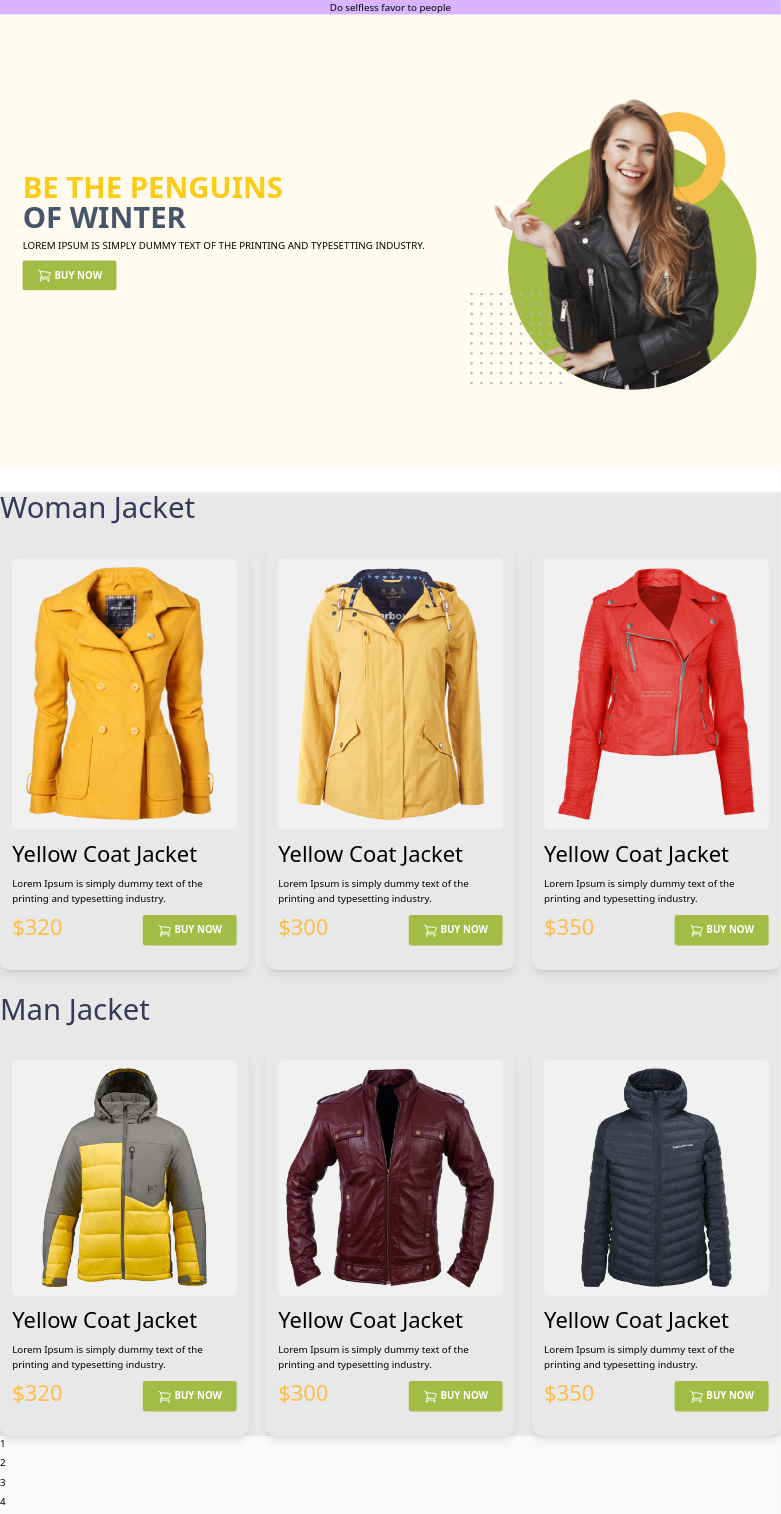
Repository: zjria/penguin-e-commerce-fashion
Page: index.html
An editor plug-in stored every save of this project. The page is shown before and after the next save, followed by the edit.
The browser window is 1280 px wide. The pictures show the whole page, at 61% of full size.
Some web libraries are served in a nearby version.

Above is the page before, as saved 2022-10-07 09:25:57.

### index.html
<!DOCTYPE html>
<html lang="en">

<head>
    <meta charset="UTF-8">
    <meta http-equiv="X-UA-Compatible" content="IE=edge">
    <meta name="viewport" content="width=device-width, initial-scale=1.0">
    <title>Penguin E-commerce</title>
    <!-- Google Fonts Link -->
    <link rel="preconnect" href="https://fonts.googleapis.com">
    <link rel="preconnect" href="https://fonts.gstatic.com" crossorigin>
    <link href="https://fonts.googleapis.com/css2?family=Bebas+Neue&family=Roboto:wght@100;300;400;500&display=swap"
        rel="stylesheet">

    <!-- Tailwind CSS CDN link -->
    <script src="https://cdn.tailwindcss.com"></script>
    <script>
        tailwind.config = {
            theme: {
                extend: {
                    colors: {
                        clifford: '#da373d',
                        header_bg: '#FFFBF0',
                        main_text_color: '#363958',
                        price_color: '#FABE4C',
                        card_bg: '#F1F1F1',
                        full_card_bg: '#FFFFFF',
                        main_color: '#E8E8E8'
                    }
                }
            }
        }
    </script>
</head>

<body>
    <h2 class="bg-purple-300 text-center font-header_text">Do selfless favor to people</h2>


    <!-- Header Section -->
    <header class="bg-header_bg pb-32 pt-24">
        <section class="container mx-auto uppercase sm:flex items-center justify-around">
            <div class="space-y-3">
                <h1 class="text-2xl sm:text-5xl font-bold font-header_text">
                    <span class="text-yellow-400">Be the Penguins</span> <br>
                    <span class="text-slate-600">of Winter</span>
                </h1>
                <p class="font-anther_text">Lorem Ipsum is simply dummy text of the printing
                    and typesetting industry.</p>
                <button class="uppercase bg-[#A4BC46] py-3 px-6 text-white font-semibold rounded font-anther_text"> <svg
                        xmlns="http://www.w3.org/2000/svg" fill="none" viewBox="0 0 24 24" stroke-width="1.5"
                        stroke="currentColor" class="w-6 h-6 inline text-white">
                        <path stroke-linecap="round" stroke-linejoin="round"
                            d="M2.25 3h1.386c.51 0 .955.343 1.087.835l.383 1.437M7.5 14.25a3 3 0 00-3 3h15.75m-12.75-3h11.218c1.121-2.3 2.1-4.684 2.924-7.138a60.114 60.114 0 00-16.536-1.84M7.5 14.25L5.106 5.272M6 20.25a.75.75 0 11-1.5 0 .75.75 0 011.5 0zm12.75 0a.75.75 0 11-1.5 0 .75.75 0 011.5 0z" />
                    </svg>
                    Buy Now</button>
            </div>
            <div class="pt-8 sm:pt-8">
                <img class=" w-1/2 sm:w-full" src="images/model.png" alt="">
            </div>
        </section>
    </header>

    <!-- Main Section Start -->
    <main class="bg-main_color">
        <!-- Woman Jacket -->
        <section class="container mx-auto">
            <h2 class="text-5xl my-10 text-main_text_color font-header_text">Woman Jacket</h2>
            <div class="grid md:grid-cols-2 lg:grid-cols-3 gap-7">
                <div class="full_card_bg ">
                    <div class="rounded-2xl shadow-lg p-5">
                        <div class="p-3 bg-card_bg rounded-lg">
                            <img src="images/jacket-1.png" alt="">
                        </div>
                        <div class="py-3">
                            <h3 class="text-4xl py-2">Yellow Coat Jacket</h3>
                            <p class="py-2">Lorem Ipsum is simply dummy text of the
                                printing and typesetting industry.</p>
                            <div class="flex justify-between py-2">
                                <h3 class="text-4xl text-price_color">$320</h3>
                                <button
                                    class="uppercase bg-[#A4BC46] py-3 px-6 text-white font-semibold rounded font-anther_text">
                                    <svg xmlns="http://www.w3.org/2000/svg" fill="none" viewBox="0 0 24 24"
                                        stroke-width="1.5" stroke="currentColor" class="w-6 h-6 inline text-white">
                                        <path stroke-linecap="round" stroke-linejoin="round"
                                            d="M2.25 3h1.386c.51 0 .955.343 1.087.835l.383 1.437M7.5 14.25a3 3 0 00-3 3h15.75m-12.75-3h11.218c1.121-2.3 2.1-4.684 2.924-7.138a60.114 60.114 0 00-16.536-1.84M7.5 14.25L5.106 5.272M6 20.25a.75.75 0 11-1.5 0 .75.75 0 011.5 0zm12.75 0a.75.75 0 11-1.5 0 .75.75 0 011.5 0z" />
                                    </svg>
                                    Buy Now</button>
                            </div>
                        </div>
                    </div>
                </div>
                <div class="full_card_bg ">
                    <div class="rounded-2xl shadow-lg p-5">
                        <div class="p-3 bg-card_bg rounded-lg">
                            <img src="images/jacket-2.png" alt="">
                        </div>
                        <div class="py-3">
                            <h3 class="text-4xl py-2">Yellow Coat Jacket</h3>
                            <p class="py-2">Lorem Ipsum is simply dummy text of the
                                printing and typesetting industry.</p>
                            <div class="flex justify-between py-2">
                                <h3 class="text-4xl text-price_color">$300</h3>
                                <button
                                    class="uppercase bg-[#A4BC46] py-3 px-6 text-white font-semibold rounded font-anther_text">
                                    <svg xmlns="http://www.w3.org/2000/svg" fill="none" viewBox="0 0 24 24"
                                        stroke-width="1.5" stroke="currentColor" class="w-6 h-6 inline text-white">
                                        <path stroke-linecap="round" stroke-linejoin="round"
                                            d="M2.25 3h1.386c.51 0 .955.343 1.087.835l.383 1.437M7.5 14.25a3 3 0 00-3 3h15.75m-12.75-3h11.218c1.121-2.3 2.1-4.684 2.924-7.138a60.114 60.114 0 00-16.536-1.84M7.5 14.25L5.106 5.272M6 20.25a.75.75 0 11-1.5 0 .75.75 0 011.5 0zm12.75 0a.75.75 0 11-1.5 0 .75.75 0 011.5 0z" />
                                    </svg>
                                    Buy Now</button>
                            </div>
                        </div>
                    </div>
                </div>
                <div class="full_card_bg ">
                    <div class="rounded-2xl shadow-lg p-5">
                        <div class="p-3 bg-card_bg rounded-lg">
                            <img src="images/jacket-3.png" alt="">
                        </div>
                        <div class="py-3">
                            <h3 class="text-4xl py-2">Yellow Coat Jacket</h3>
                            <p class="py-2">Lorem Ipsum is simply dummy text of the
                                printing and typesetting industry.</p>
                            <div class="flex justify-between py-2">
                                <h3 class="text-4xl text-price_color">$350</h3>
                                <button
                                    class="uppercase bg-[#A4BC46] py-3 px-6 text-white font-semibold rounded font-anther_text">
                                    <svg xmlns="http://www.w3.org/2000/svg" fill="none" viewBox="0 0 24 24"
                                        stroke-width="1.5" stroke="currentColor" class="w-6 h-6 inline text-white">
                                        <path stroke-linecap="round" stroke-linejoin="round"
                                            d="M2.25 3h1.386c.51 0 .955.343 1.087.835l.383 1.437M7.5 14.25a3 3 0 00-3 3h15.75m-12.75-3h11.218c1.121-2.3 2.1-4.684 2.924-7.138a60.114 60.114 0 00-16.536-1.84M7.5 14.25L5.106 5.272M6 20.25a.75.75 0 11-1.5 0 .75.75 0 011.5 0zm12.75 0a.75.75 0 11-1.5 0 .75.75 0 011.5 0z" />
                                    </svg>
                                    Buy Now</button>
                            </div>
                        </div>
                    </div>
                </div>


            </div>

        </section>

        <!-- Man Jacket -->
        <section class="container mx-auto">
            <h2 class="text-5xl my-10 text-main_text_color font-header_text">Man Jacket</h2>
            <div class="grid md:grid-cols-2 lg:grid-cols-3 gap-7">
                <div class="full_card_bg ">
                    <div class="rounded-2xl shadow-lg p-5">
                        <div class="p-3 bg-card_bg rounded-lg">
                            <img src="images/jacket-4.png" alt="">
                        </div>
                        <div class="py-3">
                            <h3 class="text-4xl py-2">Yellow Coat Jacket</h3>
                            <p class="py-2">Lorem Ipsum is simply dummy text of the
                                printing and typesetting industry.</p>
                            <div class="flex justify-between py-2">
                                <h3 class="text-4xl text-price_color">$320</h3>
                                <button
                                    class="uppercase bg-[#A4BC46] py-3 px-6 text-white font-semibold rounded font-anther_text">
                                    <svg xmlns="http://www.w3.org/2000/svg" fill="none" viewBox="0 0 24 24"
                                        stroke-width="1.5" stroke="currentColor" class="w-6 h-6 inline text-white">
                                        <path stroke-linecap="round" stroke-linejoin="round"
                                            d="M2.25 3h1.386c.51 0 .955.343 1.087.835l.383 1.437M7.5 14.25a3 3 0 00-3 3h15.75m-12.75-3h11.218c1.121-2.3 2.1-4.684 2.924-7.138a60.114 60.114 0 00-16.536-1.84M7.5 14.25L5.106 5.272M6 20.25a.75.75 0 11-1.5 0 .75.75 0 011.5 0zm12.75 0a.75.75 0 11-1.5 0 .75.75 0 011.5 0z" />
                                    </svg>
                                    Buy Now</button>
                            </div>
                        </div>
                    </div>
                </div>
                <div class="full_card_bg ">
                    <div class="rounded-2xl shadow-lg p-5">
                        <div class="p-3 bg-card_bg rounded-lg">
                            <img src="images/jacket-5.png" alt="">
                        </div>
                        <div class="py-3">
                            <h3 class="text-4xl py-2">Yellow Coat Jacket</h3>
                            <p class="py-2">Lorem Ipsum is simply dummy text of the
                                printing and typesetting industry.</p>
                            <div class="flex justify-between py-2">
                                <h3 class="text-4xl text-price_color">$300</h3>
                                <button
                                    class="uppercase bg-[#A4BC46] py-3 px-6 text-white font-semibold rounded font-anther_text">
                                    <svg xmlns="http://www.w3.org/2000/svg" fill="none" viewBox="0 0 24 24"
                                        stroke-width="1.5" stroke="currentColor" class="w-6 h-6 inline text-white">
                                        <path stroke-linecap="round" stroke-linejoin="round"
                                            d="M2.25 3h1.386c.51 0 .955.343 1.087.835l.383 1.437M7.5 14.25a3 3 0 00-3 3h15.75m-12.75-3h11.218c1.121-2.3 2.1-4.684 2.924-7.138a60.114 60.114 0 00-16.536-1.84M7.5 14.25L5.106 5.272M6 20.25a.75.75 0 11-1.5 0 .75.75 0 011.5 0zm12.75 0a.75.75 0 11-1.5 0 .75.75 0 011.5 0z" />
                                    </svg>
                                    Buy Now</button>
                            </div>
                        </div>
                    </div>
                </div>
                <div class="full_card_bg ">
                    <div class="rounded-2xl shadow-lg p-5">
                        <div class="p-3 bg-card_bg rounded-lg">
                            <img src="images/jacket-6.png" alt="">
                        </div>
                        <div class="py-3">
                            <h3 class="text-4xl py-2">Yellow Coat Jacket</h3>
                            <p class="py-2">Lorem Ipsum is simply dummy text of the
                                printing and typesetting industry.</p>
                            <div class="flex justify-between py-2">
                                <h3 class="text-4xl text-price_color">$350</h3>
                                <button
                                    class="uppercase bg-[#A4BC46] py-3 px-6 text-white font-semibold rounded font-anther_text">
                                    <svg xmlns="http://www.w3.org/2000/svg" fill="none" viewBox="0 0 24 24"
                                        stroke-width="1.5" stroke="currentColor" class="w-6 h-6 inline text-white">
                                        <path stroke-linecap="round" stroke-linejoin="round"
                                            d="M2.25 3h1.386c.51 0 .955.343 1.087.835l.383 1.437M7.5 14.25a3 3 0 00-3 3h15.75m-12.75-3h11.218c1.121-2.3 2.1-4.684 2.924-7.138a60.114 60.114 0 00-16.536-1.84M7.5 14.25L5.106 5.272M6 20.25a.75.75 0 11-1.5 0 .75.75 0 011.5 0zm12.75 0a.75.75 0 11-1.5 0 .75.75 0 011.5 0z" />
                                    </svg>
                                    Buy Now</button>
                            </div>
                        </div>
                    </div>
                </div>
            </div>
            <!-- ‍Shopping Section Start -->
            <div class="shopping">
                <div class="h-8 bg-slate-50 grid grid-cols-2">1</div>
                <div class="h-8 bg-slate-50 grid grid-cols-2">2</div>
                <div class="h-8 bg-slate-50 grid grid-cols-2">3</div>
                <div class="h-8 bg-slate-50 grid grid-cols-2">4</div>
            </div>
        </section>
    </main>

</body>

</html>

After the next save:
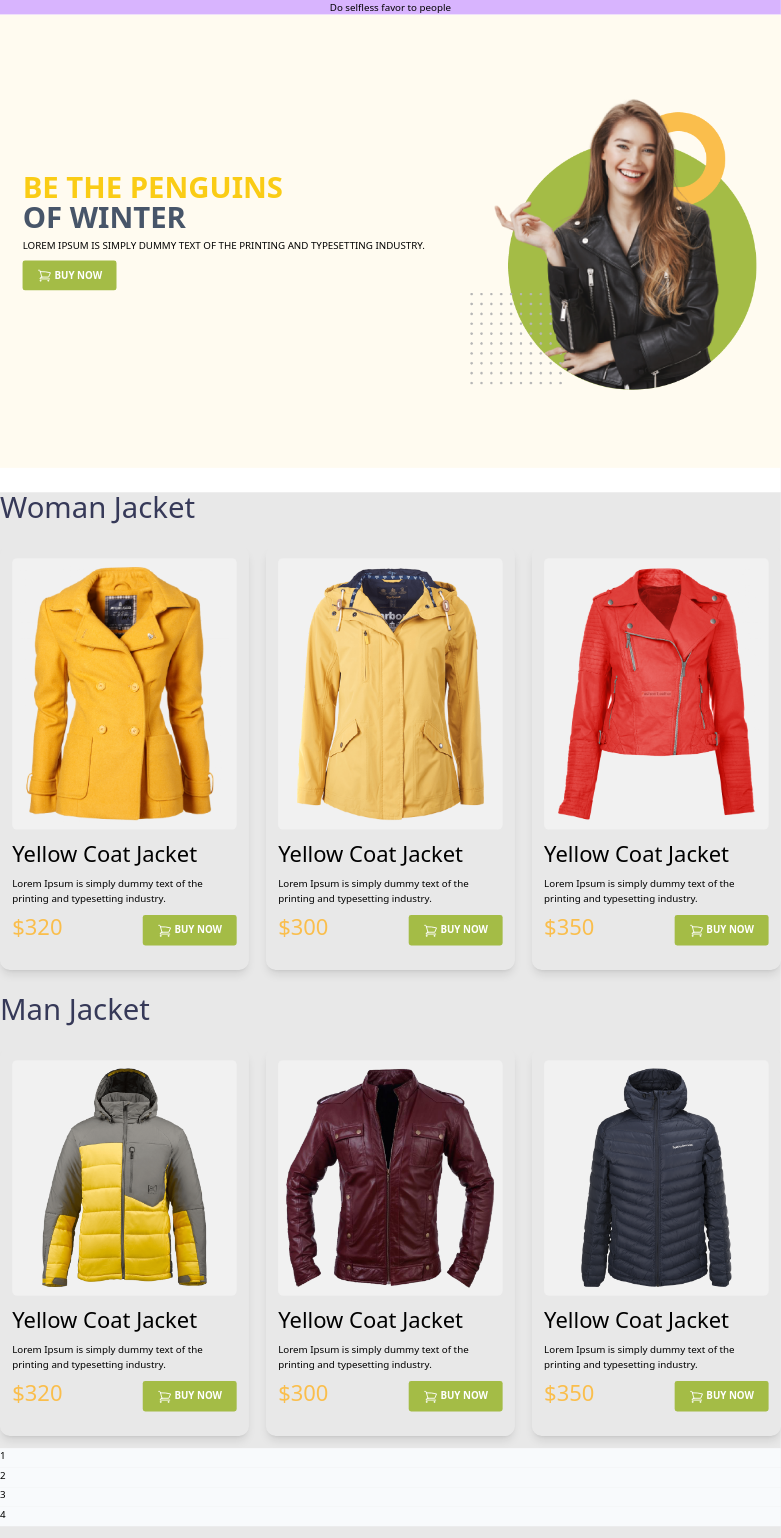
Saved 27 s later.
--- a/index.html
+++ b/index.html
@@ -217,7 +217,7 @@
                 </div>
             </div>
             <!-- ‍Shopping Section Start -->
-            <div class="shopping">
+            <div class="py-5">
                 <div class="h-8 bg-slate-50 grid grid-cols-2">1</div>
                 <div class="h-8 bg-slate-50 grid grid-cols-2">2</div>
                 <div class="h-8 bg-slate-50 grid grid-cols-2">3</div>
